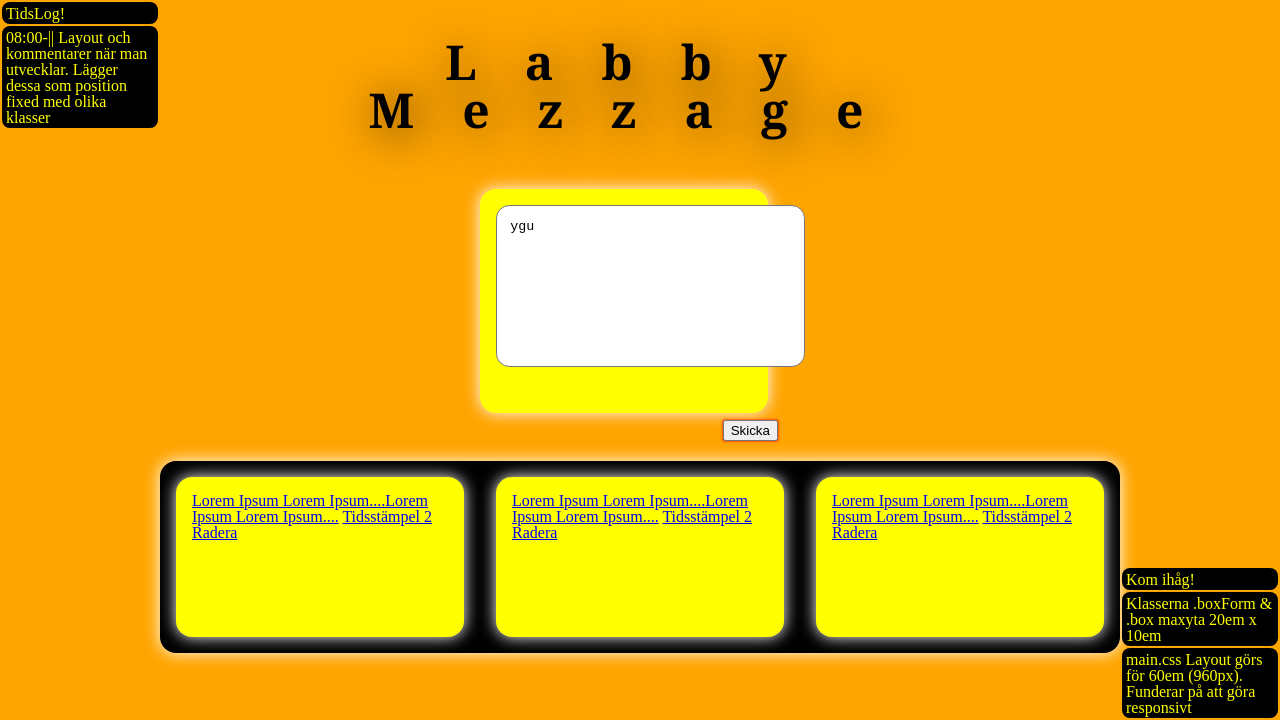
Repository: AndreasAnemyrLNU/1dv403-laborationer-AA223IG
Page: 2-labbymezzage/index.html
The author's editor kept a record of every edit. The page is drawn from the files as they stood at one moment, then again after the next edit.
The browser window is 1280 px wide. The pictures show the whole page.

Above is the page before.

### 2-labbymezzage/index.html
<!DOCTYPE html>
<html lang="sv">
    <head>
        <link rel="stylesheet" href="css/main.css" type="text/css" />
        <meta charset="utf-8">
    </head>
    <body>
<!--******************************************************************************************-->
<!--******************************************************************************************-->
        <div class="z fixedRight fixedBottom">
            <p>Kom ihåg!</p>
            <p>Klasserna .boxForm & .box maxyta 20em x 10em</p>
            <p>main.css Layout görs för 60em (960px). Funderar på att göra responsivt</p>
        </div>

        <div class="z">
            <p>TidsLog!</p>
            <p>08:00-|| Layout och kommentarer när man utvecklar. Lägger dessa som position fixed med olika klasser</p>
        </div>
<!--******************************************************************************************-->
<!--******************************************************************************************-->

        <div id="Wrapper">

                <h1>Labby Mezzage</h1>

                <div class="formContainer">
                    <div class="boxForm">
                        <form id="messageForm">
                            <textarea>ygu</textarea>
                            <input id="submit" type="submit" value="Skicka"/>
                        </form>
                    </div>
                </div>

                <div class="messageBoard">

                    <div class="messageContainer">

                        <div class="box">
                            <article class="message">
                                <a class="message block" href="#">Lorem Ipsum Lorem Ipsum....Lorem Ipsum Lorem Ipsum....</a>
                                <a href="#">Tidsstämpel 2 </a><a href="#">Radera</a>
                            </article>
                        </div>

                        <div class="box">
                            <article class="message">
                                <a class="message block" href="#">Lorem Ipsum Lorem Ipsum....Lorem Ipsum Lorem Ipsum....</a>
                                <a href="#">Tidsstämpel 2 </a><a href="#">Radera</a>
                            </article>
                        </div>

                        <div class="box">
                            <article class="message">
                                <a class="message block" href="#">Lorem Ipsum Lorem Ipsum....Lorem Ipsum Lorem Ipsum....</a>
                                <a href="#">Tidsstämpel 2 </a><a href="#">Radera</a>
                            </article>
                        </div>

                    </div>

                </div>




        </div>

        <!--<script type="text/javascript" src="js/addEvent.js"></script>-->
        <script type="text/javascript" src="js/run.js"></script>
        <script type="text/javascript" src="js/Message.js"></script>
    </body>
</html>

### 2-labbymezzage/css/main.css
/*Optimized for 960px width*/

/*ColorScheme*/


/* http://meyerweb.com/eric/tools/css/reset/
   v2.0 | 20110126
   License: none (public domain)
*/

html, body, div, span, applet, object, iframe,
h1, h2, h3, h4, h5, h6, p, blockquote, pre,
a, abbr, acronym, address, big, cite, code,
del, dfn, em, img, ins, kbd, q, s, samp,
small, strike, strong, sub, sup, tt, var,
b, u, i, center,
dl, dt, dd, ol, ul, li,
fieldset, form, label, legend,
table, caption, tbody, tfoot, thead, tr, th, td,
article, aside, canvas, details, embed,
figure, figcaption, footer, header, hgroup,
menu, nav, output, ruby, section, summary,
time, mark, audio, video {
	margin: 0;
	padding: 0;
	border: 0;
	font-size: 100%;
	font: inherit;
	vertical-align: baseline;
}
/* HTML5 display-role reset for older browsers */
article, aside, details, figcaption, figure,
footer, header, hgroup, menu, nav, section {
	display: block;
}
body {
	line-height: 1;
}
ol, ul {
	list-style: none;
}
blockquote, q {
	quotes: none;
}
blockquote:before, blockquote:after,
q:before, q:after {
	content: '';
	content: none;
}
table {
	border-collapse: collapse;
	border-spacing: 0;
}

/*END OF MEYER'S RESET*/

body{
    background-color:orange;
}

form{
    float: left;
}
h1{
    font-family: georgia;
    font-size: 3em;
    font-weight: 700;
    letter-spacing: 1em;
    padding: .8em;
    text-align: center;
    text-shadow: black .1em .1em 1em;
}
input[type="submit"]{
    box-shadow: red 0 0 .2em;
    clear: both;
    float: left;
    margin: 4em 17em;
}
textarea{
    border-radius: 1em;
    float: left;
    height: 10em;
    overflow:hidden;
    padding: 1em;
    resize: none;
    width: 21em;
}
#Wrapper{
    background-color: orange;
    display: block;
    margin: auto;
    width: 60em;
}
.fixedBottom{
    bottom: 0;
}
/* height 10em, width 20em */
.box{
    /*border: 0.0625em solid black*/ ;
    border-radius: 1em;
    background-color: yellow;
    box-shadow: white 0 0 1em;
    float: left;
    height: 8em;
    padding: 1em;
    transform: scale(1);
    transition-duration: 2s;
    margin: 1em;
    width: 16em;
}
.box:hover{
    box-shadow: red 0 0 .1250;
    transform: scale(1.05, 1.05);
    transition-duration: .7s;

}
.boxForm{
    /*border: 0.0625em solid black*/ ;
    border-radius: 1em;
    background-color: yellow;
    box-shadow: white 0 0 1em;
    float: left;
    height: 12em;
    padding: 1em;
    transform: scale(1);
    transition-duration: .7s;
    margin: 1em 0 3em 0;
    width: 16em;
}
.fixedRight{
    right: 0;
}
.messageBoard{
    display: block;
    clear: both;
}
.formContainer{
    margin: auto;
    width: 20em;
}
.messageContainer{
    background-color: black;
    border-radius: 1em;
    box-shadow: white 0 0 1em;
    clear: both;
    overflow: auto;
    transition-duration: 1.5s;
}
.messageContainer:hover{
    box-shadow: white 0 0 0;
    transition-duration: 1.5s;
}

/*Comments for developer*/
.z{
    position: fixed;
    width: 10em;
}
.z p{
    background-color: black;
    border: .1250em solid black;
    border-radius: .5em;
    color: yellow;
    border-bottom: none;
    margin: .1250em;
    padding: .1250em;
}

### 2-labbymezzage/js/run.js
"use strict";


var run = {

    messages:   [],

    init:       function(){


    var submit = document.getElementById("submit");
    submit.addEventListener("click", run.createMessage, false);
    },

    createMessage:  function(){
    run.messages.push(new Message( document.getElementById("messageInputArea").value , new Date()));
    console.log(run.messages[0].toString());
    },

};

window.onload = run.init;

### 2-labbymezzage/js/Message.js
"use strict";

//Start - Message constructor***************************\\

function Message(message, date){

    this.getText = function(){
        return message;
    };

    this.setText = function (_text){
        message = _text;
    };

    this.getDate = function(){
        return date;
    };

    this.setDate = function (_date){
        message = _date;
    };



}

//*****************************Message constructor - End\\
//******************************************************\\
//Start - Message.prototype*****************************\\

Message.prototype.toString = function(){
    return this.getText()+" ("+this.getDate()+")";
};

Message.prototype.HTMLText = function(){
    alert("getHTMLText in Message not implemented!");
};

//***********************Start - Message.prototype - End\\

After the next edit:
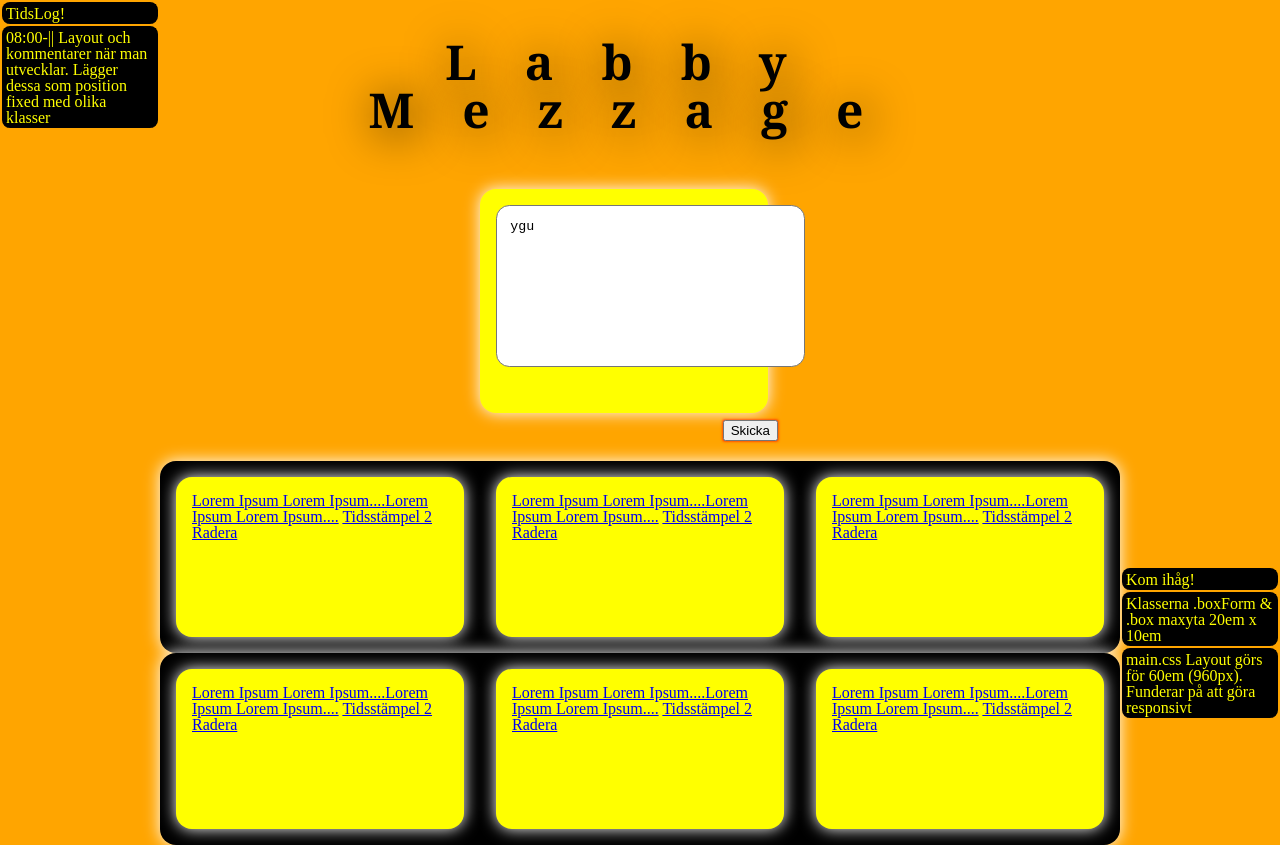
The edit:
--- a/2-labbymezzage/index.html
+++ b/2-labbymezzage/index.html
@@ -60,6 +60,31 @@
 
                     </div>
 
+                    <div class="messageContainer">
+
+                        <div class="box">
+                            <article class="message">
+                                <a class="message block" href="#">Lorem Ipsum Lorem Ipsum....Lorem Ipsum Lorem Ipsum....</a>
+                                <a href="#">Tidsstämpel 2 </a><a href="#">Radera</a>
+                            </article>
+                        </div>
+
+                        <div class="box">
+                            <article class="message">
+                                <a class="message block" href="#">Lorem Ipsum Lorem Ipsum....Lorem Ipsum Lorem Ipsum....</a>
+                                <a href="#">Tidsstämpel 2 </a><a href="#">Radera</a>
+                            </article>
+                        </div>
+
+                        <div class="box">
+                            <article class="message">
+                                <a class="message block" href="#">Lorem Ipsum Lorem Ipsum....Lorem Ipsum Lorem Ipsum....</a>
+                                <a href="#">Tidsstämpel 2 </a><a href="#">Radera</a>
+                            </article>
+                        </div>
+
+                    </div>
+
                 </div>
 
 
